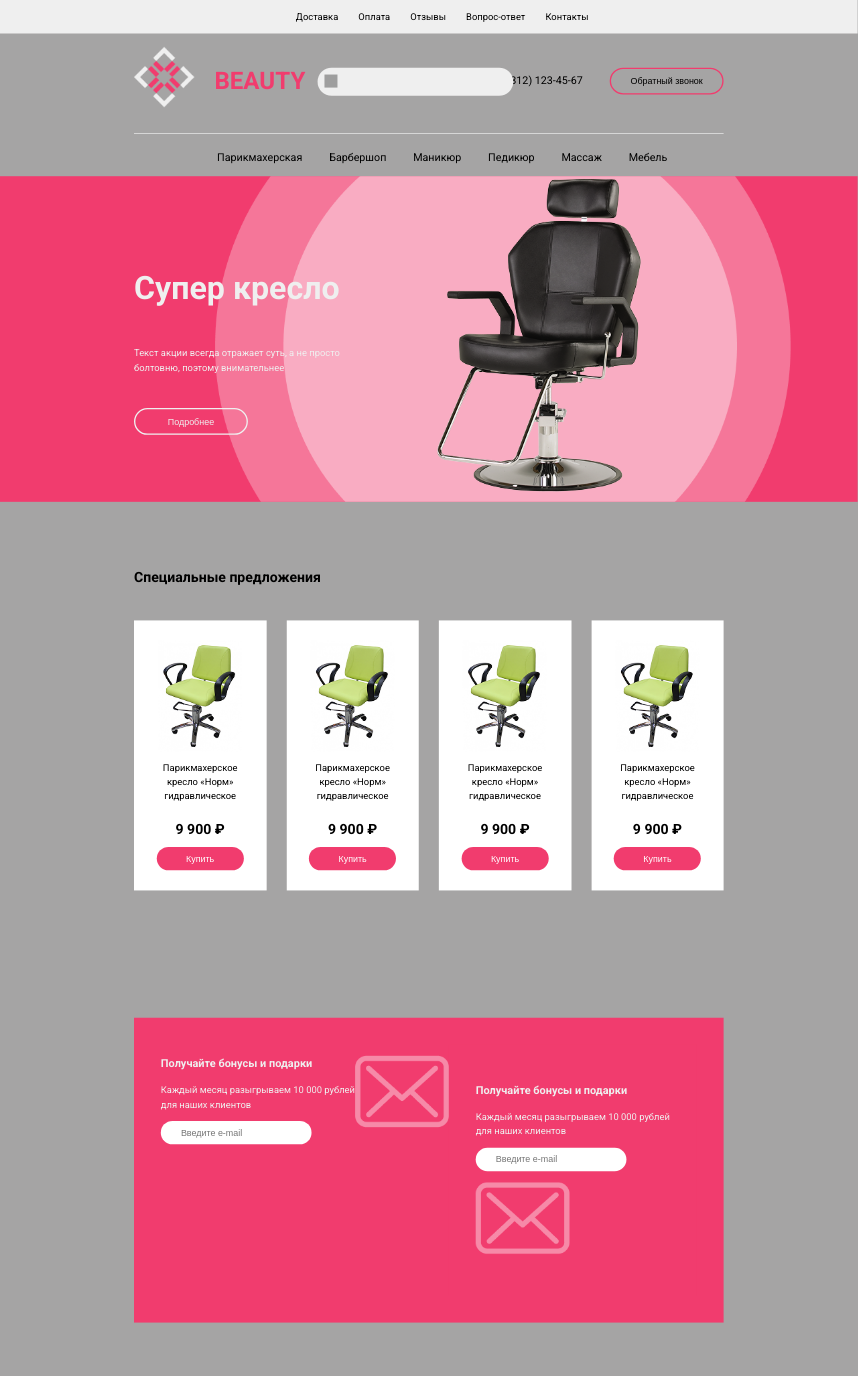
Repository: savannaaaas/verstka
Page: index.html
An editor plug-in stored every save of this project. The page is shown before and after the next save, followed by the edit.
The browser window is 1280 px wide. The pictures show the whole page, at 67% of full size.
Pictures or frames that could not be fetched are drawn as grey boxes. Some web fonts or font styles are not loaded; a fallback is used.

Above is the page before, as saved 2025-04-16 12:17:13.

### index.html
<!DOCTYPE html>
<html lang="en">
<head>
    <meta charset="UTF-8">
    <meta name="viewport" content="width=device-width, initial-scale=1.0">
    <title>Figma</title>
    <link rel="preconnect" href="https://fonts.googleapis.com">
    <link rel="preconnect" href="https://fonts.gstatic.com" crossorigin>
    <link href="https://fonts.googleapis.com/css2?family=Istok+Web:ital,wght@0,400;0,700;1,400;1,700&family=Italiana&family=Jura:wght@300..700&family=Roboto:ital,wght@0,100..900;1,100..900&display=swap" rel="stylesheet">
    <link rel="stylesheet" href="style.css">
</head>
<body>
    <div class="content">
        <div class="top-line">
            <ul>
                <li>Доставка</li>
                <li>Оплата</li>
                <li>Отзывы</li>
                <li>Вопрос-ответ</li>
                <li>Контакты</li>
            </ul>
        </div>
        <div class="second-line">
            <div class="second-line-content">
                <div class="logo">
                    <img alt="logo" src="logo.png">
                    <h1>BEAUTY</h1>
                </div>
            <div class="search">
                <input class="search">
                <img alt="search" src="search.png">
            </div>
            <div class="contact">
                <p>8 (812) 123-45-67</p>
                <button>Обратный звонок</button>
            </div>
        </div>
            <hr class="line">
            <div class="service">
                <ul>
                    <li>Парикмахерская</li>
                    <li>Барбершоп</li>
                    <li>Маникюр</li>
                    <li>Педикюр</li>
                    <li>Массаж</li>
                    <li>Мебель</li>
                </ul>
            </div>
        </div>
        <div class="sale">
            <div class="text-armchair">
                <h1>Супер кресло</h1>
                <p>Текст акции всегда отражает суть, а не просто болтовню, поэтому внимательнее</p>
                <button>Подробнее</button>
            </div>
            <img class="elipse1" alt="elipse" src="elipse1.png">
            <img class="elipse2" alt="elipse" src="ellipse2.png">
            <img class="chair" alt="chair" src="armchairs.png">
        </div>
        <div class="goods">
            <h2>Специальные предложения</h2>
            <div class="armChairsGreen">
                <div class="armchair1">
                    <img alt="armchair" src="greenArmchair.png">
                    <p class="text-greenArmchair">Парикмахерское кресло «Норм» гидравлическое</p>
                    <h3>9 900 ₽</h3>
                    <button>Купить</button>
                </div>
                <div class="armchair2">
                    <img alt="armchair" src="greenArmchair.png">
                    <p class="text-greenArmchair">Парикмахерское кресло «Норм» гидравлическое</p>
                    <h3>9 900 ₽</h3>
                    <button>Купить</button>
                </div>
                <div class="armchair3">
                    <img alt="armchair" src="greenArmchair.png">
                    <p class="text-greenArmchair">Парикмахерское кресло «Норм» гидравлическое</p>
                    <h3>9 900 ₽</h3>
                    <button>Купить</button>
                </div>
                <div class="armchair4">
                    <img alt="armchair" src="greenArmchair.png">
                    <p class="text-greenArmchair">Парикмахерское кресло «Норм» гидравлическое</p>
                    <h3>9 900 ₽</h3>
                    <button>Купить</button>
                </div>
            </div>

        </div>
        <div class="subscribe">
            <div class="subscribe1">
                <div class="bonus">
                    <h3>Получайте бонусы и подарки</h3>
                    <p>Каждый месяц разыгрываем 10 000 рублей для наших клиентов</p>
                    <input placeholder="Введите e-mail">
                </div>
                <div>
                    <img alt="envelope" src="envelope.png">
                </div>
            <div class="subscribe2">
                <div class="bonus">
                    <h3>Получайте бонусы и подарки</h3>
                    <p>Каждый месяц разыгрываем 10 000 рублей для наших клиентов</p>
                    <input placeholder="Введите e-mail">
                </div>
                <div>
                    <img alt="envelope" src="envelope.png">
                </div>
            </div>
        </div>

    </div>
</body>
</html>

### style.css
body {
    min-height: 100vh;
    max-width: 1920px;
    margin: 0 auto;
    scroll-behavior: smooth;
    text-rendering: optimizeSpeed;
    line-height: 1.5;
    padding: 0;
    font-family: "Roboto", sans-serif;
    font-weight: 400;
    font-style: normal;
    font-size: 14px;
    background-color: #a5a4a4;

  }
  .top-line{
    display: flex;
    background-color: #EFEFEF;
    height: 50px;
    align-items: center;
    justify-content: center;

  }
   .top-line ul{
    display: flex;
    list-style: none;
    flex-wrap: nowrap;
    gap: 30px;
   }
   .second-line{
    display: flex;
    margin: 0 auto;
    align-items: center;
    flex-direction: column;
    padding: 0px 200px;

   }
   .second-line-content{
    width: 100%;
    height: 100%;
    display: flex;
    margin: 0 auto;
    align-items: center;
  justify-content: space-between;
  padding: 20px 0;
   }

.logo{
    display: flex;
    flex-wrap: nowrap;
    gap: 30px;
   }
.logo img{
    width: 90px;
    height: 90px;
}
 .logo h1{
    font-size: 36px;
    color: #F13C6E;
   }

   .search {
    position: relative;
    width: 250px;
    height: 40px;
  }

  .search input {
    border-radius: 40px;
    width: 100%;
    height: 100%;
    border: none;
    background-color: #EFEFEF;
    padding-left: 40px;
  }

  .search img {
    position: absolute;
    left: 10px;
    top: 50%;
    transform: translateY(-50%);
    width: 20px;
    height: 20px;
    pointer-events: none;
  }
  .contact{
    display: flex;
    gap: 40px;
    align-items: center;

  }
  .contact p{
    font-size: 16px;
  }
  .contact button{
    width: 170px;
    height: 40px;
    border: 2px solid #F13C6E;
    border-radius: 40px;
    background: transparent;
  }
hr{
    width: 100%;
    border: none;
    border-top: 1px solid #EFEFEF;
}
.service ul{
    display: flex;
    list-style: none;
    flex-wrap: nowrap;
    gap: 40px;
    font-size: 16px;
   }
   .sale{
    display: flex;
    position: relative;
    background-color: #F13C6E;
    justify-content: space-between;
    align-items: center;
    padding: 100px 200px;
    /**/
    overflow: hidden;
   }

   .elipse1 {
    position: absolute;
    right: 100px;
    top: 50%;
    transform: translateY(-50%);
    z-index: 0;
  }

  .elipse2 {
    position: absolute;
    right: 180px;
    top: 50%;
    transform: translateY(-50%);
    z-index: 1;
  }

  .chair {
    position: absolute;
    right: 180px;
    top: 50%;
    transform: translateY(-50%);
    z-index: 2;
  }

  .text-armchair {
    z-index: 3;
    max-width: 350px;
    color: #EFEFEF;
  }

   .text-armchair h1{
    font-size: 48px;
    color: #EFEFEF;
   }
   .text-armchair p{
    font-size: 14px;
    color: #EFEFEF;
    margin: 50px 0;
   }
   .text-armchair button{
    width: 170px;
    height: 40px;
   background: transparent;
   border-radius: 40px;
   border: 2px solid #EFEFEF;
   color: #EFEFEF;
   }
   .goods{
    padding: 80px 200px ;
   }
   .armChairsGreen{
   display: flex;
   justify-content: center;
   align-items: center;
   flex-direction: row;
   gap: 30px;
   padding: 30px 0px;
   }
   .armchair1, .armchair2, .armchair3, .armchair4{
    display: flex;
    justify-content: center;
    align-items: center;
    flex-direction: column;
    text-align: center;
    padding: 30px;
    background-color: #ffffff;
   }
   .armchair1 button, .armchair2 button, .armchair3 button, .armchair4 button{
   width: 130px;
   height: 35px;
   border: none;
   background-color: #F13C6E;
   color: #FFFFFF;
   border-radius: 30px;
   }
   .armchair1 h3, .armchair2 h3, .armchair3 h3, .armchair4 h3{
   font-size: 21px;
margin: 10px;
    }
    .subscribe{
        display: flex;
        padding: 80px 200px ;
        flex-direction: row;
        align-items: center;
        justify-content: center;
        gap: 30px;
    }
    .subscribe1{
        display: flex;
        background-color: #F13C6E;
        padding: 40px;
        flex-direction: row;
        color: #EFEFEF;
        box-sizing: border-box;
    }
    .subscribe2{
        padding: 40px ;
        background-color: #F13C6E;
        color: #EFEFEF;
    }
    .bonus{

    }
    .bonus input{
        width: 225px;
        height: 35px;
        color: #C4C4C4;
        border: none;
        border-radius: 30px;
        padding: 0 30px;
        box-sizing: border-box;
    }

After the next save:
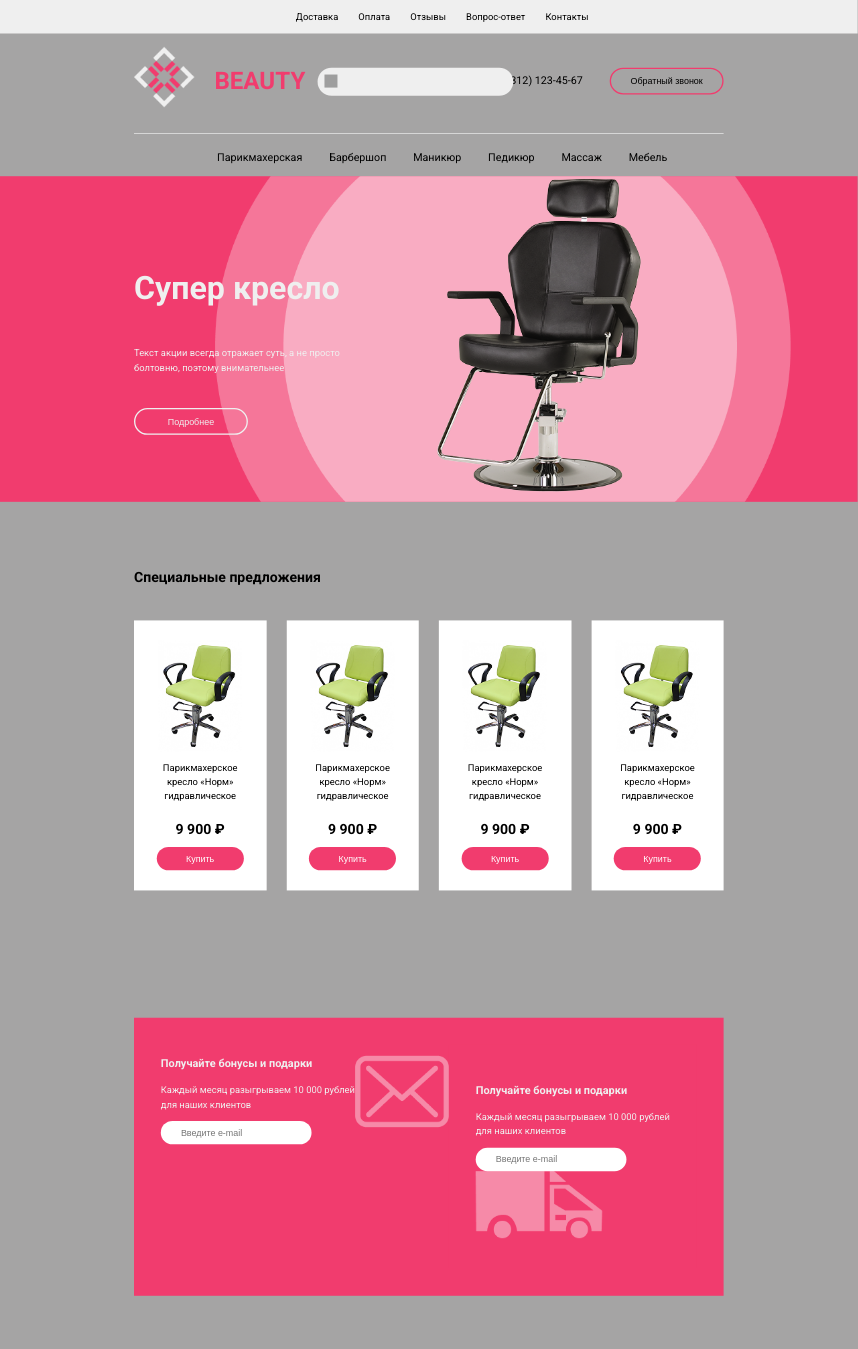
Saved 8 s later.
--- a/index.html
+++ b/index.html
@@ -104,7 +104,7 @@
                     <input placeholder="Введите e-mail">
                 </div>
                 <div>
-                    <img alt="envelope" src="envelope.png">
+                    <img alt="car" src="car.png">
                 </div>
             </div>
         </div>
